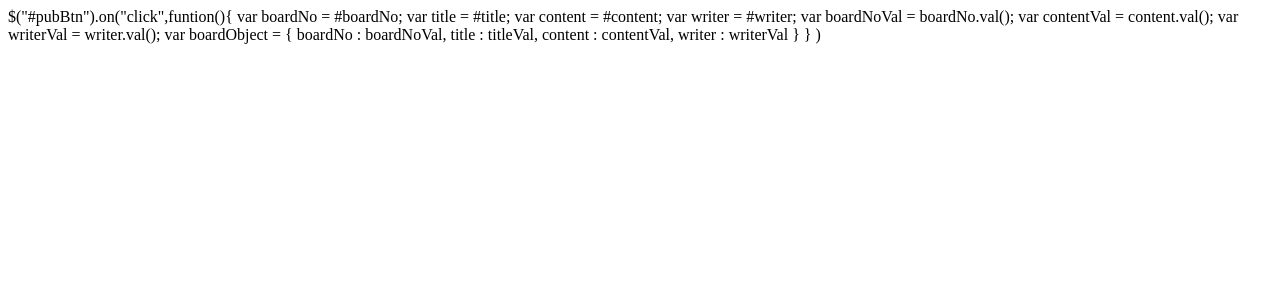
Repository: ljwoon94/Springboot_practice
Page: http://localhost/DevProject/WEB-INF/views/ajaxHome.jsp
These files come from the project's save history. The page is drawn as it stood at one moment and after the next save; the edit follows.
The browser window is 1280 px wide. The pictures show the whole page.
The page is served by Tomcat 9. Nobody is signed in. The template is opened directly, without the code that normally fills it, so the values that code supplies are empty.

Above is the page before, as saved 2020-12-09 07:59:40.

After the next save:
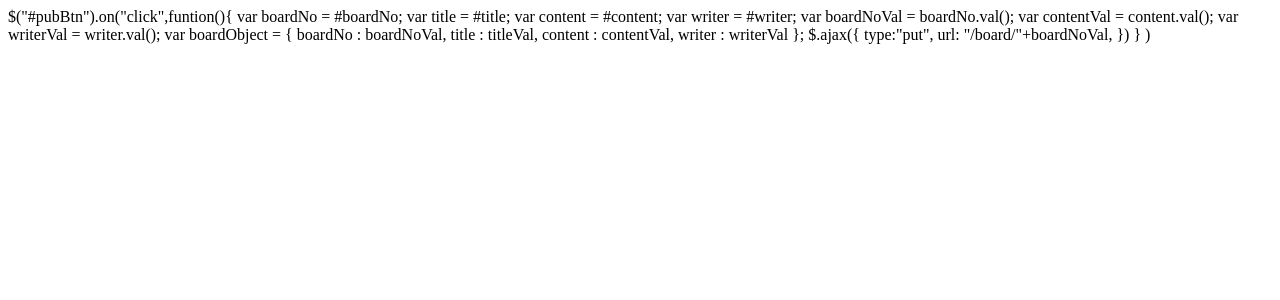
Saved 2 min 8 s later.
--- a/DevProject/src/main/webapp/WEB-INF/views/ajaxHome.jsp
+++ b/DevProject/src/main/webapp/WEB-INF/views/ajaxHome.jsp
@@ -13,7 +13,12 @@ $("#pubBtn").on("click",funtion(){
 		title : titleVal,
 		content : contentVal,
 		writer : writerVal
-	}
+	};
+	$.ajax({
+		type:"put",
+		url: "/board/"+boardNoVal,
+
+	})
 }
 
 )
